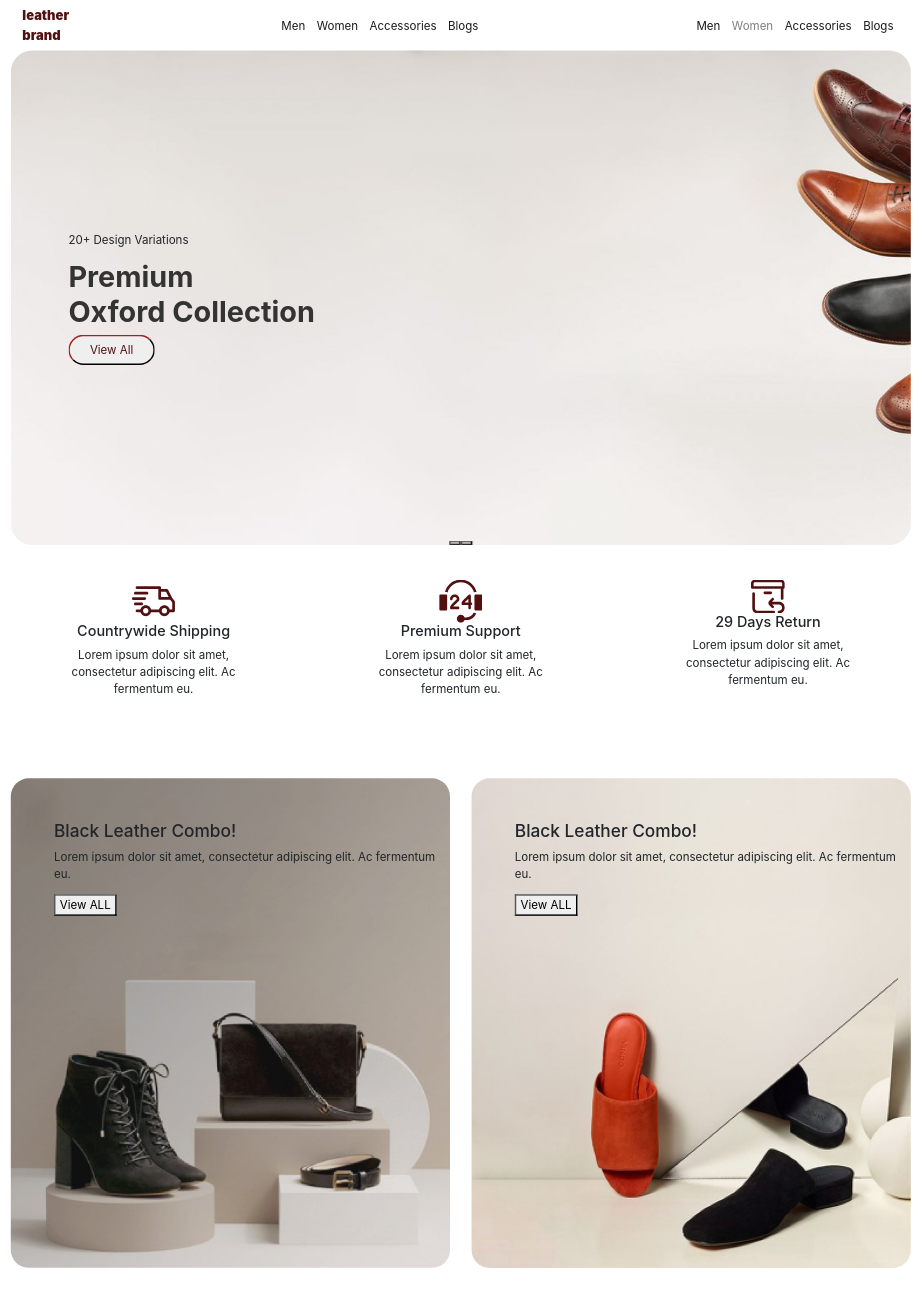
Repository: arif286/fashion-house
Page: /
An editor plug-in stored every save of this project. The page is shown before and after the next save, followed by the edit.
The browser window is 1280 px wide. The pictures show the whole page, at 72% of full size.
The project was rebuilt for these pictures with package versions that can differ from the ones it lists, and the page was loaded fresh each time. The framework's server and built-in components were replaced by stand-ins that run in the browser. Also part of the build but not shown: nuxt.config.js, components/Contact.vue, components/DisplayCollection.vue, components/Footer.vue, components/NuxtLogo.vue, components/Products.vue, components/Tutorial.vue.

Above is the page before, as saved 2021-07-12 05:25:46.

### components/Nav.vue
<template>
  <nav class="navbar container navbar-expand-lg navbar-light">
    <div class="container-fluid">
      <div class="nav-title">
        <span>leather</span>
        <br />
        <span>brand</span>
      </div>
      <button
        class="navbar-toggler"
        type="button"
        data-bs-toggle="collapse"
        data-bs-target="#navbarSupportedContent"
        aria-controls="navbarSupportedContent"
        aria-expanded="false"
        aria-label="Toggle navigation"
      >
        <span class="navbar-toggler-icon"></span>
      </button>
      <div id="navbarSupportedContent" class="collapse navbar-collapse">
        <div class="d-flex justify-content-center w-100">
          <ul class="navbar-nav mb-2 mb-lg-0">
            <li class="nav-item">
              <a class="nav-link active" aria-current="page" href="#">Men</a>
            </li>
            <li class="nav-item">
              <a class="nav-link active" href="#">Women</a>
            </li>
            <li class="nav-item">
              <a class="nav-link active" href="#"> Accessories </a>
            </li>
            <li class="nav-item">
              <a class="nav-link active" href="#">Blogs</a>
            </li>
          </ul>
        </div>
        <div class="ml-auto">
          <ul class="navbar-nav mb-2 mb-lg-0">
            <li class="nav-item">
              <a class="nav-link active" aria-current="page" href="#">Men</a>
            </li>
            <li class="nav-item">
              <a class="nav-link" href="#">Women</a>
            </li>
            <li class="nav-item">
              <a class="nav-link active" href="#"> Accessories </a>
            </li>
            <li class="nav-item">
              <a class="nav-link active" href="#">Blogs</a>
            </li>
          </ul>
        </div>
      </div>
    </div>
  </nav>
</template>

<script></script>
<style scoped>
.nav-title {
  color: #521010;
  font-weight: 900;
  font-size: 18px;
}
.nav-title:hover {
  color: #521010;
  font-weight: bold;
}
.nav-item a {
  color: #000;
}
</style>

### components/NewCollection.vue
<template>
  <div class="container">
    <div class="row">
      <div
        v-for="item in collections"
        :key="item.id"
        class="col-md-6 col-12 mb-5"
      >
        <div class="card-content" :class="item.class">
          <div class="card-body">
            <h4>{{ item.title }}</h4>
            <p>{{ item.text }}</p>
            <button>View ALL</button>
          </div>
        </div>
      </div>
    </div>
  </div>
</template>
<script>
export default {
  props: {
    collections: {
      type: Array,
      required: true,
    },
  },
}
</script>
<style>
.newArrival {
  background-image: url('@/assets/Images/newarrivals1.png');
}
.promo {
  background-image: url('@/assets/Images/promo.png');
}
.card-content {
  background-repeat: no-repeat;
  background-size: cover;
  height: 680px;
  border-radius: 25px;
}
.card-body {
  padding: 60px 0px 0px 60px;
}
</style>

### components/Service.vue
<template>
  <div class="container mb-5">
    <div class="row">
      <div
        v-for="service in services"
        :key="service.id"
        class="col-md-4 col-12 mb-5"
      >
        <div class="d-flex justify-content-center">
          <div class="service-box text-center">
            <img :src="require(`@/assets/Images/${service.image}`)" alt="" />
            <h5>{{ service.title }}</h5>
            <p>{{ service.text }}</p>
          </div>
        </div>
      </div>
    </div>
  </div>
</template>

<script>
export default {
  props: {
    services: { type: Array, required: true },
  },
}
</script>
<style>
.service-box {
  width: 250px;
}
</style>

### components/Slider.vue
<template>
  <div class="container mb-5">
    <div
      id="carouselExampleIndicators"
      class="carousel slide"
      data-bs-ride="carousel"
    >
      <div class="carousel-indicators">
        <button
          type="button"
          data-bs-target="#carouselExampleIndicators"
          data-bs-slide-to="0"
          class="active"
          aria-current="true"
          aria-label="Slide 1"
        ></button>
        <button
          type="button"
          data-bs-target="#carouselExampleIndicators"
          data-bs-slide-to="1"
          aria-label="Slide 2"
        ></button>
      </div>
      <div class="carousel-inner">
        <div class="carousel-item active d-flex align-items-center">
          <div class="slider-content">
            <p>20+ Design Variations</p>
            <h1>
              Premium
              <br />
              Oxford Collection
            </h1>
            <button>View All</button>
          </div>
        </div>
        <div class="carousel-item">
          <div class="slider-content">
            <p>20+ Design Variations</p>
            <h1>
              Premium
              <br />
              Oxford Collection
            </h1>
            <button>View All</button>
          </div>
        </div>
      </div>
    </div>
  </div>
</template>

<script></script>
<style>
.carousel-item {
  background-image: url('@/assets/Images/hero1.png');
  background-repeat: no-repeat;
  width: 100%;
  background-size: cover;
  height: 687px;
  border-radius: 30px;
}
.slider-content {
  margin-left: 80px;
}
.slider-content h1 {
  color: #333333;
  font-weight: 700;
}
.slider-content button {
  border-radius: 30px;
  width: 120px;
  padding: 7px 15px;
  border-color: #521010;
  color: #521010;
}
</style>

### pages/index.vue
<template>
  <div>
    <Nav />
    <Slider />
    <Service :services="serviceData" />
    <NewCollection :collections="collections" />
  </div>
</template>

<script>
import { serviceData, newCollectionData } from '@/assets/data.js'
export default {
  data() {
    return {
      serviceData,
      collections: newCollectionData,
    }
  },
}
</script>
<style>
@import url('https://fonts.googleapis.com/css2?family=Roboto:ital,wght@0,100;0,300;0,400;0,500;0,700;0,900;1,100;1,300;1,400;1,500;1,700;1,900&display=swap');

.body {
  font-family: 'Roboto', sans-serif;
}
.container {
  max-width: 1780px;
}
</style>

### assets/data.js
export const serviceData = [
  {
    id: 1,
    image: 'delivery.svg',
    title: 'Countrywide Shipping',
    text: 'Lorem ipsum dolor sit amet, consectetur adipiscing elit. Ac fermentum eu.',
  },
  {
    id: 2,
    image: 'call-center.svg',
    title: 'Premium Support',
    text: 'Lorem ipsum dolor sit amet, consectetur adipiscing elit. Ac fermentum eu.',
  },
  {
    id: 3,
    image: 'return.svg',
    title: '29 Days Return',
    text: 'Lorem ipsum dolor sit amet, consectetur adipiscing elit. Ac fermentum eu.'
  }
]

export const newCollectionData = [
  {
    id: 2,
    class: 'newArrival',
    title: 'Black Leather Combo!',
    text: 'Lorem ipsum dolor sit amet, consectetur adipiscing elit. Ac fermentum eu.',
  },
  {
    id: 3,
    class: 'promo',
    title: 'Black Leather Combo!',
    text: 'Lorem ipsum dolor sit amet, consectetur adipiscing elit. Ac fermentum eu.',
  }
]

After the next save:
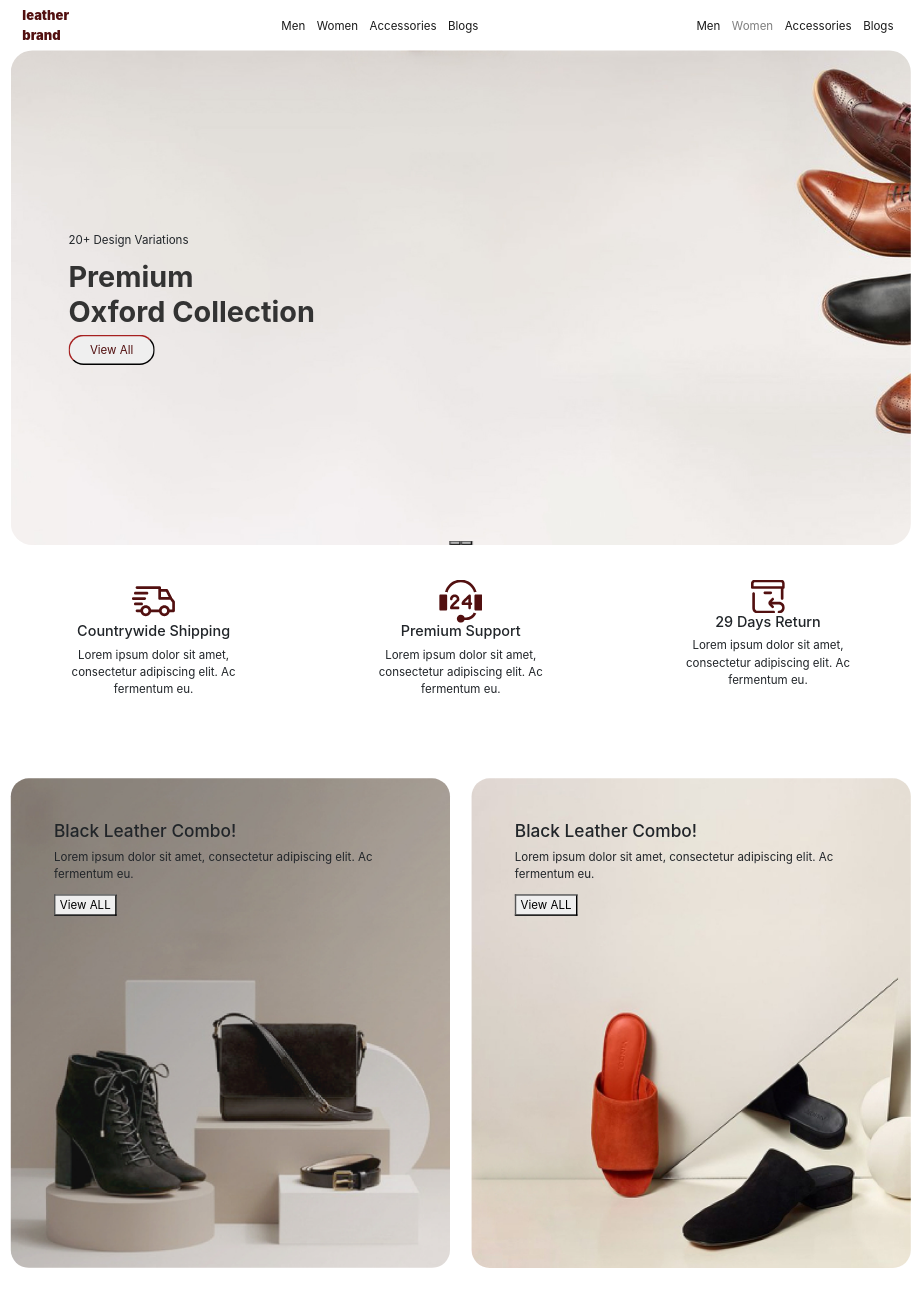
Saved 16 s later.
--- a/components/NewCollection.vue
+++ b/components/NewCollection.vue
@@ -41,6 +41,6 @@ export default {
   border-radius: 25px;
 }
 .card-body {
-  padding: 60px 0px 0px 60px;
+  padding: 60px;
 }
 </style>
